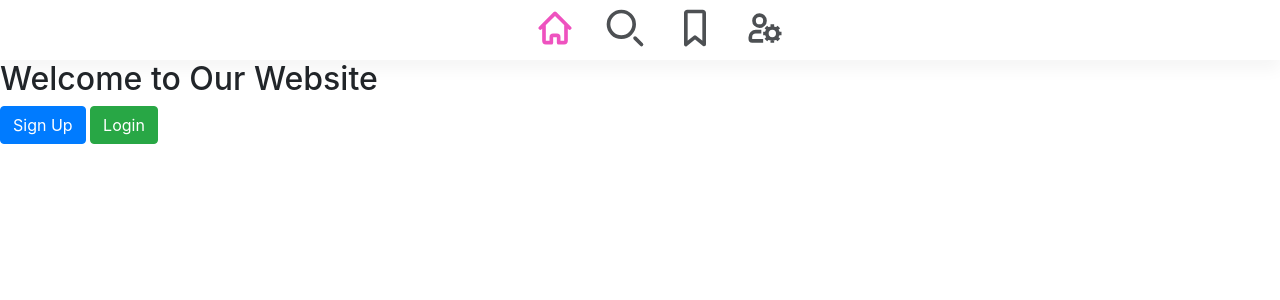
Repository: khoilvgcc210040/nextgenedu
Page: http://localhost/
An editor plug-in stored every save of this project. The page is shown before and after the next save, followed by the edit.
The browser window is 1280 px wide. The pictures show the whole page.
The page is served by the project's application, run on Django 5.2 (manage.py). Other server files are loaded and not shown.

Above is the page before, as saved 2024-08-10 18:19:49.

### home/templatetags/filters.py
from django import template

register = template.Library()

@register.filter(name='range')
def filter_range(start, end):
    return range(start, end)

### templates/home.html
<!DOCTYPE html>
<html lang="en">
<head>
    <meta charset="UTF-8">
    <meta name="viewport" content="width=device-width, initial-scale=1.0">
    <title>Home</title>
    <!-- Bootstrap CSS -->
    <link href="https://stackpath.bootstrapcdn.com/bootstrap/4.5.2/css/bootstrap.min.css" rel="stylesheet">
</head>
<style>
    #navbody {
        width: 100%;
        height: 60px;
        background-color: rgb(255, 255, 255);
        box-shadow: 0px 10px 15px rgba(0, 0, 0, 0.041);
        align-items: center;
        justify-content: center;
        display: flex;
    }

    .ul {
        list-style: none;
        width: 100%;
        background-color: transparent;
        display: flex;
        justify-content: space-between;
        margin-top: 20px;
    }

    .ul .li {
        display: inline-block;
    }

    .radio {
        display: none;
    }

    .svg {
        width: 70px;
        height: 70px;
        opacity: 80%;
        cursor: pointer;
        padding: 13px 10px;
        transition: 0.2s;
    }

    .ul .li .svg:hover {
        transition: 0.1s;
        color: rgb(235, 40, 176);
        position: relative;
        margin-top: -4px;
        opacity: 100%;
    }

    .radio:checked + label .li .svg {
        color: rgb(235, 40, 176);
        fill-rule: evenodd;
    }
</style>
<body>
        <div id="navbody">
            <form action="#">
                <ul class="ul">
                <input checked="" name="rad" class="radio" id="choose1" type="radio" />
                <label for="choose1">
                    <li class="li">
                    <svg
                        viewBox="0 0 24 24"
                        fill="none"
                        height="24"
                        width="24"
                        xmlns="http://www.w3.org/2000/svg"
                        aria-hidden="true"
                        class="svg w-6 h-6 text-gray-800 dark:text-white"
                    >
                        <path
                        d="m4 12 8-8 8 8M6 10.5V19a1 1 0 0 0 1 1h3v-3a1 1 0 0 1 1-1h2a1 1 0 0 1 1 1v3h3a1 1 0 0 0 1-1v-8.5"
                        stroke-width="2"
                        stroke-linejoin="round"
                        stroke-linecap="round"
                        stroke="currentColor"
                        ></path>
                    </svg>
                    </li>
                </label>
                <input class="radio" name="rad" id="choose2" type="radio" />
                <label for="choose2">
                    <li class="li">
                    <svg
                        viewBox="0 0 24 24"
                        fill="none"
                        height="24"
                        width="24"
                        xmlns="http://www.w3.org/2000/svg"
                        aria-hidden="true"
                        class="svg w-6 h-6 text-gray-800 dark:text-white"
                    >
                        <path
                        d="m21 21-3.5-3.5M17 10a7 7 0 1 1-14 0 7 7 0 0 1 14 0Z"
                        stroke-width="2"
                        stroke-linecap="round"
                        stroke="currentColor"
                        ></path>
                    </svg>
                    </li>
                </label>
                <input class="radio" name="rad" id="choose3" type="radio" />
                <label for="choose3">
                    <li class="li">
                    <svg
                        viewBox="0 0 24 24"
                        fill="none"
                        height="24"
                        width="24"
                        xmlns="http://www.w3.org/2000/svg"
                        aria-hidden="true"
                        class="svg w-6 h-6 text-gray-800 dark:text-white"
                    >
                        <path
                        d="m17 21-5-4-5 4V3.889a.92.92 0 0 1 .244-.629.808.808 0 0 1 .59-.26h8.333a.81.81 0 0 1 .589.26.92.92 0 0 1 .244.63V21Z"
                        stroke-width="2"
                        stroke-linejoin="round"
                        stroke-linecap="round"
                        stroke="currentColor"
                        ></path>
                    </svg>
                    </li>
                </label>
                <input class="radio" name="rad" id="choose4" type="radio" />
                <label for="choose4">
                    <li class="li">
                    <svg
                        viewBox="0 0 24 24"
                        fill="none"
                        height="24"
                        width="24"
                        xmlns="http://www.w3.org/2000/svg"
                        aria-hidden="true"
                        class="svg w-6 h-6 text-gray-800 dark:text-white"
                    >
                        <path
                        d="M10 19H5a1 1 0 0 1-1-1v-1a3 3 0 0 1 3-3h2m10 1a3 3 0 0 1-3 3m3-3a3 3 0 0 0-3-3m3 3h1m-4 3a3 3 0 0 1-3-3m3 3v1m-3-4a3 3 0 0 1 3-3m-3 3h-1m4-3v-1m-2.121 1.879-.707-.707m5.656 5.656-.707-.707m-4.242 0-.707.707m5.656-5.656-.707.707M12 8a3 3 0 1 1-6 0 3 3 0 0 1 6 0Z"
                        stroke-width="2"
                        stroke-linejoin="round"
                        stroke-linecap="square"
                        stroke="currentColor"
                        ></path>
                    </svg>
                    </li>
                </label>
                </ul>
            </form>
        </div>
        <div id="auth-section">
            <!-- Nếu chưa đăng nhập -->
            {% if not user.is_authenticated %}
                <div id="not-logged-in">
                    <h2>Welcome to Our Website</h2>
                    <a href="{% url "auth" %}?form=signup" class="btn btn-primary">Sign Up</a>
                    <a href="{% url "auth" %}?form=login" class="btn btn-success">Login</a>
                </div>
            <!-- Nếu đã đăng nhập -->
            {% else %}
                <div id="logged-in">
                    <h2>Welcome Back, {{ user.username }}!</h2>
                    <a href="{% url 'logout' %}" class="btn btn-danger">Logout</a>
                </div>
            {% endif %}
        </div>
</body>
</html>

### home/views.py
from datetime import date
from django.shortcuts import render, redirect
from django.contrib.auth import authenticate, login, logout
from django.contrib import messages
from home.models import CustomUser

def home(request):
    if 'login_email' in request.session:
        del request.session['login_email']
    if 'signup_data' in request.session:
        del request.session['signup_data']
    context = {}
    return render(request, 'home.html', context)

def authPage(request):
    if request.method == 'POST':
        form_type = request.POST.get('form', 'signup')
        signup_error = False
        login_error = False

        if form_type == 'signup':
            email = request.POST.get('email')
            username = request.POST.get('username')
            password = request.POST.get('password')
            confirmPassword = request.POST.get('confirm-password')
            day = int(request.POST.get('day'))
            month = int(request.POST.get('month'))
            year = int(request.POST.get('year'))
            role = request.POST.get('role')
            grade = request.POST.get('grade')
            terms = request.POST.get('terms') == 'on'

            errors = False

            if CustomUser.objects.filter(email=email).exists():
                messages.info(request, '❌ This email is already registered. Please use a different email address.', extra_tags='signup')
                errors = True

            if CustomUser.objects.filter(username=username).exists():
                messages.info(request, '❌ This username is already taken. Please choose a different username.', extra_tags='signup')
                errors = True

            if password != confirmPassword:
                messages.info(request, '❌ The passwords do not match. Please check and re-enter them.', extra_tags='signup')
                errors = True

            if errors:
                signup_error = True
                request.session['signup_data'] = {
                    'email': email,
                    'username': username,
                    'day': day,
                    'month': month,
                    'year': year,
                    'role': role,
                    'grade': grade,
                    'terms': terms
                }
                return redirect('/auth/?form=signup&signup_error=True')
            else:
                user = CustomUser.objects.create_user(username=username, email=email, password=password)
                user.date_of_birth = date(year, month, day)
                user.role = role
                user.grade = grade
                user.terms_accepted = terms
                user.save()

                user = authenticate(request, email=email, password=password)
                login(request, user)
                return redirect('home')

        elif form_type == 'login':
            email = request.POST.get('email')
            password = request.POST.get('login-password')

            user = authenticate(request, email=email, password=password)

            if user is not None:
                login(request, user)
                return redirect('home')
            else:
                messages.info(request, 'Oops. Something went wrong 😅. Please try again.', extra_tags='login')
                login_error = True
                request.session['login_email'] = email
                return redirect('/auth/?form=login&login_error=True')
    else:
        form_type = request.POST.get('form', 'signup')
        signup_error = request.GET.get('signup_error', 'False') == 'True'
        login_error = request.GET.get('login_error', 'False') == 'True'
        signup_data = request.session.pop('signup_data', {})
        days = list(range(1, 32))
        months = {i: month for i, month in enumerate(["January", "February", "March", "April", "May", "June", "July", "August", "September", "October", "November", "December"], start=1)}
        years = list(range(1900, 2024 + 1))
        print(signup_error)
        print(login_error)
        context = {
            'form_type': form_type,
            'signup_error': signup_error,
            'login_error': login_error,
            'email': signup_data.get('email', ''),
            'username': signup_data.get('username', ''),
            'day': signup_data.get('day', ''),
            'month': signup_data.get('month', ''),
            'year': signup_data.get('year', ''),
            'role': signup_data.get('role', ''),
            'grade': signup_data.get('grade', ''),
            'terms': signup_data.get('terms', False),
            'days': days,
            'months': months,
            'years': years,
            'login_email': request.session.get('login_email') if request.session.get('login_email') else "",
        }
        return render(request, 'auth.html', context)

def logoutPage(request):
    logout(request)
    return redirect('home')

### home/urls.py
from django.urls import path
from . import views

urlpatterns = [
    path('', views.home, name='home'),
    path('auth/', views.authPage, name='auth'),
    path('logout/', views.logoutPage, name='logout'),
]

Loaded but not shown: nextgenedu/urls.py (common file)

After the next save:
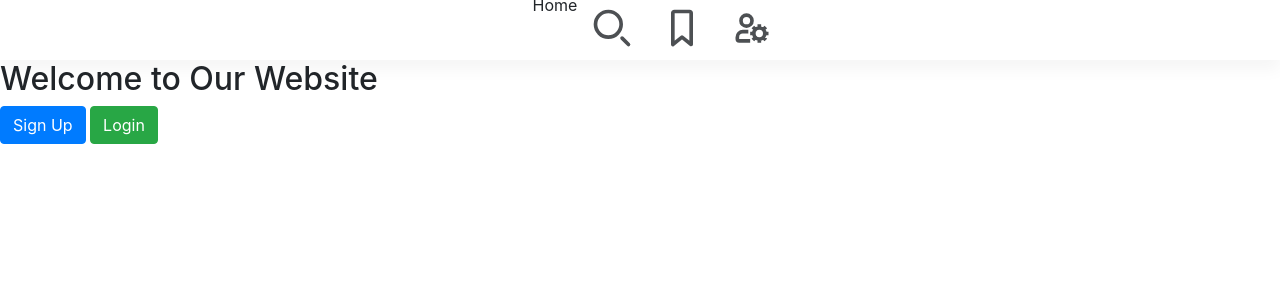
Saved 44 s later.
--- a/templates/home.html
+++ b/templates/home.html
@@ -64,23 +64,7 @@
                 <input checked="" name="rad" class="radio" id="choose1" type="radio" />
                 <label for="choose1">
                     <li class="li">
-                    <svg
-                        viewBox="0 0 24 24"
-                        fill="none"
-                        height="24"
-                        width="24"
-                        xmlns="http://www.w3.org/2000/svg"
-                        aria-hidden="true"
-                        class="svg w-6 h-6 text-gray-800 dark:text-white"
-                    >
-                        <path
-                        d="m4 12 8-8 8 8M6 10.5V19a1 1 0 0 0 1 1h3v-3a1 1 0 0 1 1-1h2a1 1 0 0 1 1 1v3h3a1 1 0 0 0 1-1v-8.5"
-                        stroke-width="2"
-                        stroke-linejoin="round"
-                        stroke-linecap="round"
-                        stroke="currentColor"
-                        ></path>
-                    </svg>
+                    Home
                     </li>
                 </label>
                 <input class="radio" name="rad" id="choose2" type="radio" />

After the save that followed:
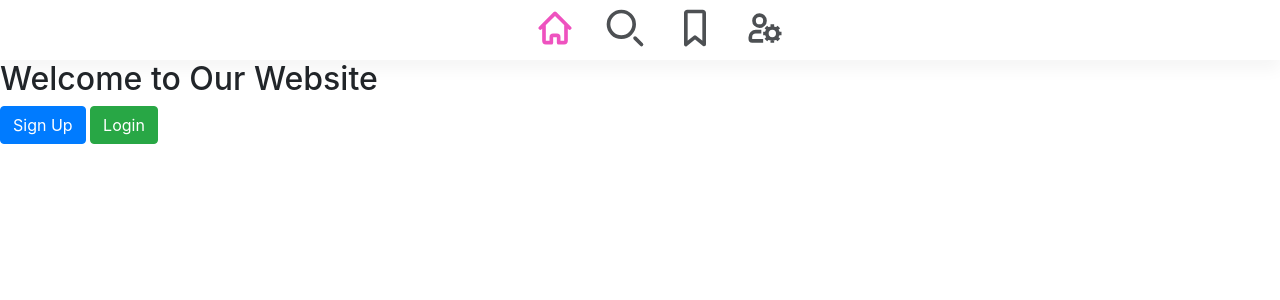
Saved 6 s later.
--- a/templates/home.html
+++ b/templates/home.html
@@ -64,7 +64,23 @@
                 <input checked="" name="rad" class="radio" id="choose1" type="radio" />
                 <label for="choose1">
                     <li class="li">
-                    Home
+                    <svg
+                        viewBox="0 0 24 24"
+                        fill="none"
+                        height="24"
+                        width="24"
+                        xmlns="http://www.w3.org/2000/svg"
+                        aria-hidden="true"
+                        class="svg w-6 h-6 text-gray-800 dark:text-white"
+                    >
+                        <path
+                        d="m4 12 8-8 8 8M6 10.5V19a1 1 0 0 0 1 1h3v-3a1 1 0 0 1 1-1h2a1 1 0 0 1 1 1v3h3a1 1 0 0 0 1-1v-8.5"
+                        stroke-width="2"
+                        stroke-linejoin="round"
+                        stroke-linecap="round"
+                        stroke="currentColor"
+                        ></path>
+                    </svg>
                     </li>
                 </label>
                 <input class="radio" name="rad" id="choose2" type="radio" />
